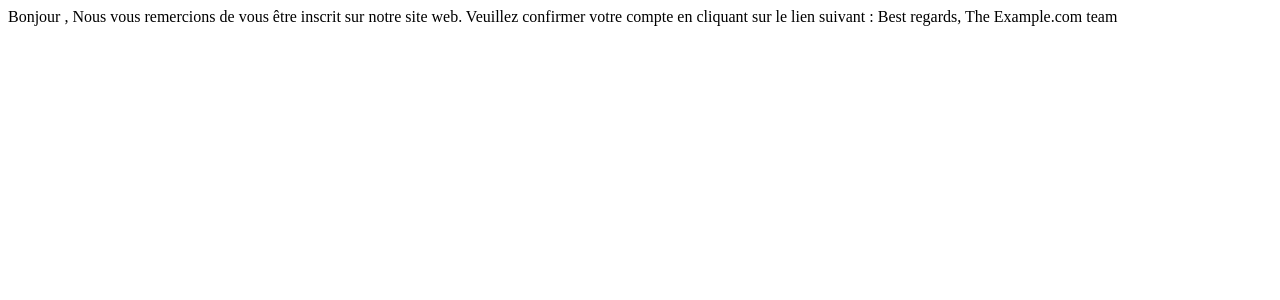
Repository: innov225/Projet-AtlasIt
Page: templates/emails/registration.html.twig
An editor plug-in stored every save of this project. The page is shown before and after the next save, followed by the edit.
The browser window is 1280 px wide. The pictures show the whole page.
The page is a Twig template of a Symfony application; nobody is signed in and links lead nowhere. The template is opened directly, without the code that normally fills it, so the values that code supplies are empty.

Above is the page before, as saved 2023-04-01 21:26:48.

After the next save:
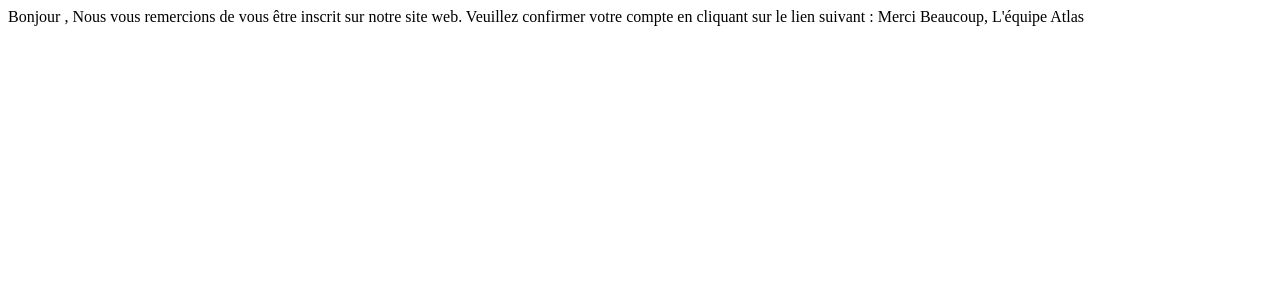
Saved 94 s later.
--- a/templates/emails/registration.html.twig
+++ b/templates/emails/registration.html.twig
@@ -3,5 +3,5 @@ Bonjour {{ user.firstName }},
 Nous vous remercions de vous être inscrit sur notre site web. Veuillez confirmer votre compte en cliquant sur le lien suivant :
 {{ confirmation_url }}
 
-Best regards,
-The Example.com team
+Merci Beaucoup,
+L'équipe Atlas
